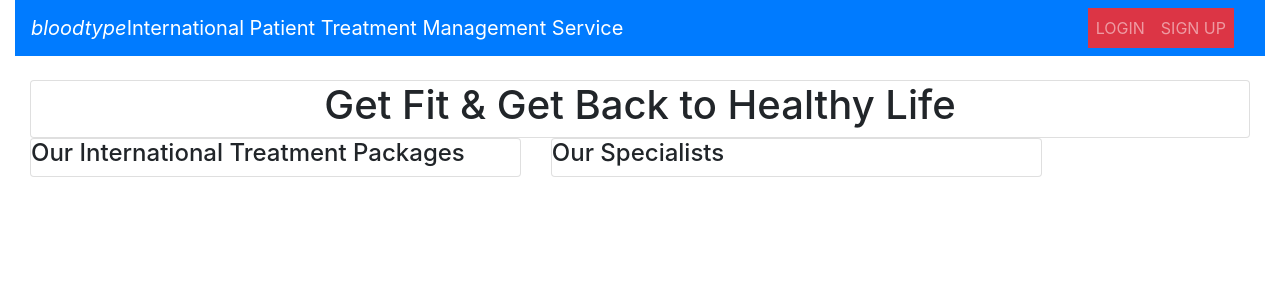
Repository: Vineet2408/POD-Cognizant
Page: http://localhost/iptms-UIportal/WEB-INF/view/home.jsp
An editor plug-in stored every save of this project. The page is shown before and after the next save, followed by the edit.
The browser window is 1280 px wide. The pictures show the whole page.
The page is served by Tomcat 9. Nobody is signed in. Other server files are loaded and not shown. The template is opened directly, without the code that normally fills it, so the values that code supplies are empty.

Above is the page before, as saved 2021-03-07 15:38:11.

### iptms-UIportal/src/main/webapp/WEB-INF/view/home.jsp
<%@ page language="java" contentType="text/html; charset=ISO-8859-1"
    pageEncoding="ISO-8859-1"
    isELIgnored="false"
    %>
    <%@ taglib prefix="fmt" uri="http://java.sun.com/jsp/jstl/fmt"%>
	<%@ taglib prefix="c" uri="http://java.sun.com/jsp/jstl/core"%>
<html>
<head>
<%@ include file="headlink.jsp"%>
<title>Home</title>
</head>
<body>
	<div class="container-fluid">
	<%@ include file="homeheader.jsp"%>
	<br>
	<!-- header............................................................................................. -->


<div class="container-fluid justify-content-center" id="heading">
    <div class="card justify-content-center">
        <h1 class="text-center">Get Fit  &  Get Back to Healthy Life</h1>

    </div>

</div>
    <div class="container-fluid">
            <div class="row">
                    <div class="col-md-5">
                        <div class="card">
                            <h4>Our International Treatment Packages</h4>
                        </div>
                        <br>
                            <div class="container" name="treatment-packages">
                                <!--start loop here-->
                                <c:forEach var="IPTreatmentPackages" items="${iPTreatmentPackageList}">
                                <div class="row" name="main-row-treatment-packages">
                                    <div class="col">
                                        <div class="card" >
                                            <div class="container">
                                                    <div class="row">
                                                        <div class="col-md-4" name="treatment-ailment-name">
                                                        	<div class="card">
                                                        	<label>Ailment Category</label><br>
                                                        	<label>${IPTreatmentPackages.ailmentCategory}</label>
                                                        	</div>

                                                        </div>
                                                        <div class="col-md-4" name="treatment-package-name">
                                                        	<div class="card">
                                                        	<label>Package Name</label><br>
                                                            <label>${IPTreatmentPackages.packageDetail.treatmentPackageName}</label>
                                                       		</div>
                                                        </div>
                                                        <div class="col-md-4" name="treatment-package-cost">
                                                            <label>${IPTreatmentPackages.packageDetail.cost}</label>
                                                        </div>
                                                    </div>
                                                    <div class="row">
                                                        <div class="col-md-6" name="treatment-package-test-detail">
                                                            <label>${IPTreatmentPackages.packageDetail.testDetails}</label>
                                                        </div>
                                                        <div class="col-md-6" name="treatment-package-treatment-duration">
                                                            <div class="card">
                                                                <label>Treatment Duration</label><br>
                                                                ${IPTreatmentPackages.packageDetail.treatmentDuration}
                                                            </div>
                                                            <br>
                                                        </div>
                                                    </div>
                                            </div>
                                        </div>
                                        <br>
                                    </div>
                                </div>
                                </c:forEach>
                                  <!--end loop here-->

                            </div>
                    </div>
                    <div class="col-md-5">
                        <div class="card">
                            <h4>Our Specialists</h4>
                        </div>
                       <br>
                        <div class="container" name="specialists">
                            <!--start loop here-->
                            <c:forEach var="specialist" items="${specialistList}">
                            <div class="row" name="main-row-specialist">
                                <div class="col">
                                    <div class="card" >
                                        <div class="container">
                                                <div class="row">
                                                    <div class="col-md-6" name="specialist--name">
                                                        <label>${specialist.name}</label>
                                                    </div>
                                                    <div class="col-md-6" name="experience-cost">
                                                        <label>${specialist.experienceInYears} years of Experience</label>
                                                    </div>
                                                </div>
                                                <div class="row">
                                                    <div class="col-md-6" name="area-of-experties">
                                                        <div class="card">
                                                            <label>Area of Experties</label><br>
                                                            ${specialist.areaOfExpertise}
                                                        </div>
                                                        <br>
                                                    </div>
                                                </div>
                                        </div>
                                    </div>
                                    <br>
                                </div>
                            </div>
                            </c:forEach>
                           <!--end loop here-->
                        </div>
                    </div>


            </div>
    </div>

	</div>
</body>
</html>

### iptms-UIportal/src/main/webapp/WEB-INF/view/headlink.jsp
<!-- Latest compiled and minified CSS -->
<link rel="stylesheet"
	href="https://maxcdn.bootstrapcdn.com/bootstrap/4.4.1/css/bootstrap.min.css">
      <link rel="stylesheet" href="https://stackpath.bootstrapcdn.com/bootstrap/4.3.1/css/bootstrap.min.css"
        integrity="sha384-ggOyR0iXCbMQv3Xipma34MD+dH/1fQ784/j6cY/iJTQUOhcWr7x9JvoRxT2MZw1T" crossorigin="anonymous">
        <link href="https://fonts.googleapis.com/icon?family=Material+Icons" rel="stylesheet">
<!-- jQuery library -->
<script
	src="https://ajax.googleapis.com/ajax/libs/jquery/3.4.1/jquery.min.js"></script>

<!-- Popper JS -->
<script
	src="https://cdnjs.cloudflare.com/ajax/libs/popper.js/1.16.0/umd/popper.min.js"></script>

<!-- Latest compiled JavaScript -->
<script
	src="https://maxcdn.bootstrapcdn.com/bootstrap/4.4.1/js/bootstrap.min.js"></script>
<meta http-equiv="Content-Type" content="text/html; charset=ISO-8859-1">

### iptms-UIportal/src/main/webapp/WEB-INF/view/homeheader.jsp
<%@ page language="java" contentType="text/html; charset=ISO-8859-1"
    pageEncoding="ISO-8859-1"
    isELIgnored="false"
    %>
<!DOCTYPE html>
<html>
<head>
<%@ include file="headlink.jsp"%>
<title></title>
</head>
<body>
 <header>
        <div class="jumbotron-fluid bg-danger text-white">
            <nav class="navbar navbar-expand-md navbar-dark bg-primary text-white justify-content-center" id="navbar" >
                <a href="IPPackagesview.html" class="navbar-brand"><i class="material-icons">bloodtype</i>International Patient Treatment Management Service</a>
                <button class="navbar-toggler" data-toggle="collapse" data-target="#truyumbar">
                    <span class="navbar-toggler-icon"></span>
                </button>
                <div class="container">
                    <div class="collapse navbar-collapse" id="truyumbar">
                        <ul class="navbar-nav ml-auto">
                            <li class="nav-item"><a href="/login" class="nav-link btn-danger">LOGIN</a></li>
                            <li class="nav-item"><a href="/signup" class="nav-link btn-danger">SIGN UP </a></li>
                        </ul>
                    </div>
                </div>
            </nav>
         </div>


    </header>

</body>
</html>

After the next save:
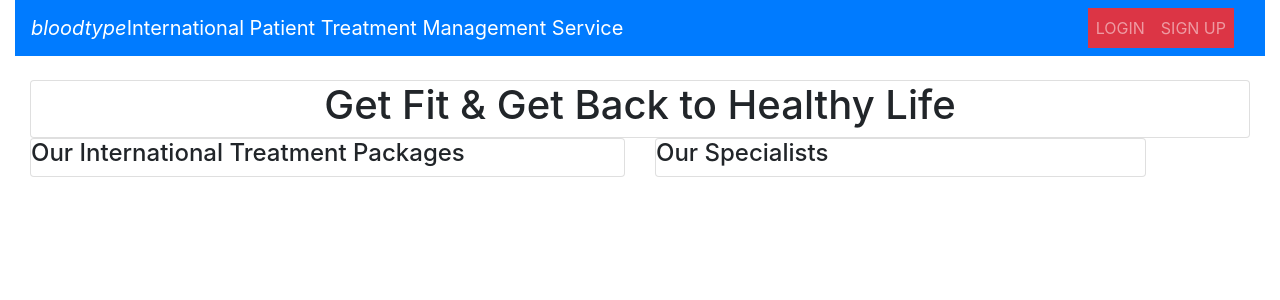
Saved 10 s later.
--- a/iptms-UIportal/src/main/webapp/WEB-INF/view/home.jsp
+++ b/iptms-UIportal/src/main/webapp/WEB-INF/view/home.jsp
@@ -25,7 +25,7 @@
 </div>
     <div class="container-fluid">
             <div class="row">
-                    <div class="col-md-5">
+                    <div class="col-md-6">
                         <div class="card">
                             <h4>Our International Treatment Packages</h4>
                         </div>
